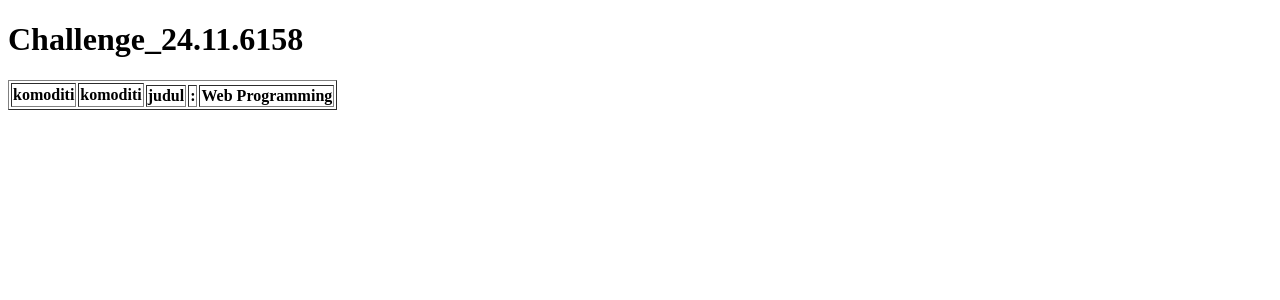
Repository: RoyyanSuryanto/Challenge_24116158
Page: Pertemuan 4/Challenge_24116158.html
An editor plug-in stored every save of this project. The page is shown before and after the next save, followed by the edit.
The browser window is 1280 px wide. The pictures show the whole page.

Above is the page before, as saved 2026-04-20 09:37:11.

### Pertemuan 4/Challenge_24116158.html
<!DOCTYPE html>
<html lang="en">
<head>
    <meta charset="UTF-8">
    <meta name="viewport" content="width=device-width, initial-scale=1.0">
    <title>Challenge_24116158</title>
</head>
<body>
    <h1>
        Challenge_24.11.6158
    </h1>

    <table border="">
        <tr>
            <th rowspan="2" background-color="lightgreen">komoditi</th>
            <th rowspan="2" background-color="orange">komoditi</th>
        </tr>

        <tr>
            <th>judul</th>
            <th>:</th>
            <th>Web Programming</th>
        </tr>
    </table>
</body>
</html>

After the next save:
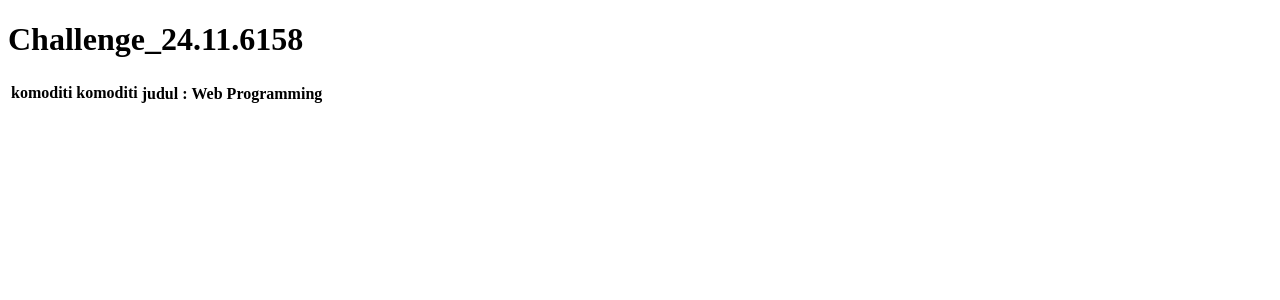
Saved 6 s later.
--- a/Pertemuan 4/Challenge_24116158.html
+++ b/Pertemuan 4/Challenge_24116158.html
@@ -10,7 +10,7 @@
         Challenge_24.11.6158
     </h1>
 
-    <table border="">
+    <table >
         <tr>
             <th rowspan="2" background-color="lightgreen">komoditi</th>
             <th rowspan="2" background-color="orange">komoditi</th>

After the save that followed:
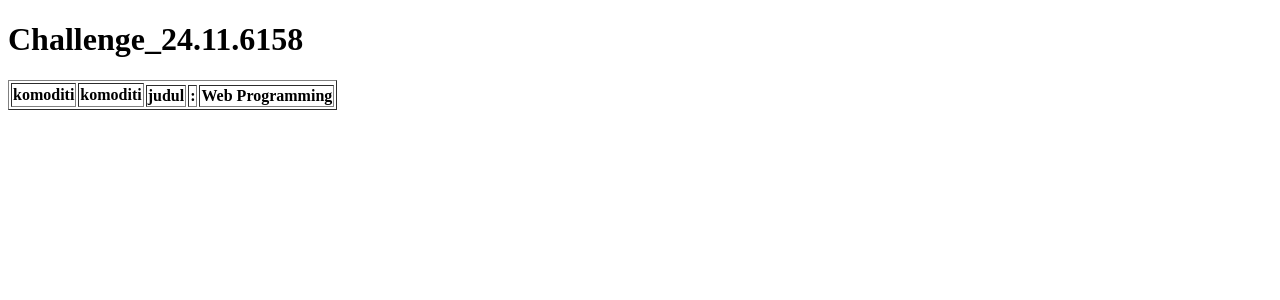
Saved 7 s later.
--- a/Pertemuan 4/Challenge_24116158.html
+++ b/Pertemuan 4/Challenge_24116158.html
@@ -10,7 +10,7 @@
         Challenge_24.11.6158
     </h1>
 
-    <table >
+    <table border=>
         <tr>
             <th rowspan="2" background-color="lightgreen">komoditi</th>
             <th rowspan="2" background-color="orange">komoditi</th>
